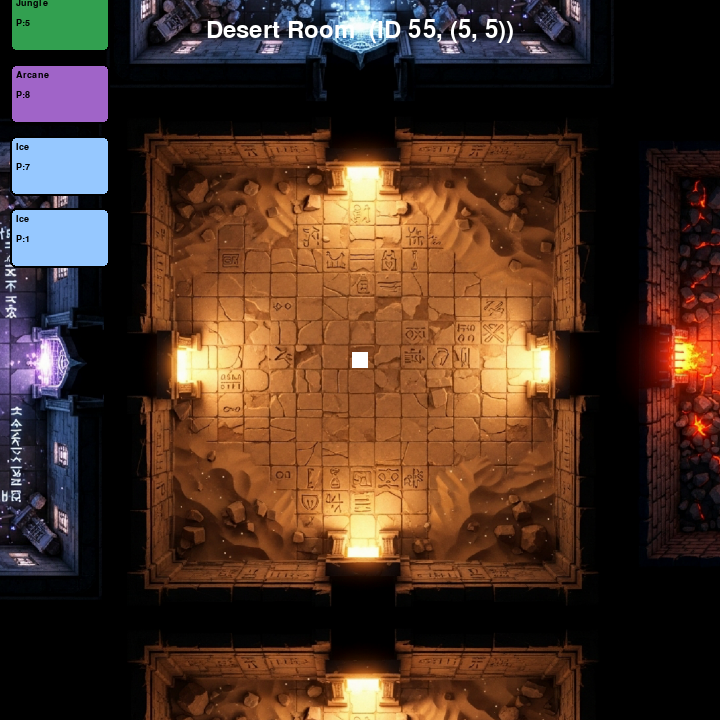
Repository: MehediMim/GateBound
Script's output: python main.py
These files come from the project's save history. The script's output is drawn as it stood at one moment and after a run of saves; the edit follows.
The window is shown after at most 60 frames with no key pressed. Random numbers start from a fixed seed. It also reads assets/bg_arcane.png, assets/bg_desert.png, assets/bg_ice.png, assets/bg_jungle.png, assets/bg_volcanic.png.

Above is the script's output before, as saved 2026-01-26 18:35:13.

### main.py
import pygame
import sys
import random

# =========================
# CONFIG
# =========================
SCREEN = 720
ROOM_ORIGINAL = 1024
ROOM_SCALE = 0.5
ROOM_DRAW = int(ROOM_ORIGINAL * ROOM_SCALE)  # 512
FPS = 60
PLAYER_SPEED = 5
DEBUG = False

GRID_W = 10
GRID_H = 10

# =========================
# CARD CONFIG
# =========================
CARD_TYPES = ["Jungle", "Desert", "Ice", "Volcanic", "Arcane"]
CARD_MIN_POWER = 1
CARD_MAX_POWER = 9
MAX_CARDS = 5



# =========================
# INIT
# =========================
pygame.init()
screen = pygame.display.set_mode((SCREEN, SCREEN))
pygame.display.set_caption("Tower Puzzle — Rooms (10x10)")
clock = pygame.time.Clock()
font = pygame.font.SysFont(None, 36)
map_font = pygame.font.SysFont(None, 14)

# =========================
# ROOM TYPES + BG
# =========================
ROOM_TYPES = ["Jungle", "Desert", "Ice", "Volcanic", "Arcane"]

BG_RAW = {
    "Jungle": pygame.image.load("assets/bg_jungle.png").convert(),
    "Desert": pygame.image.load("assets/bg_desert.png").convert(),
    "Ice": pygame.image.load("assets/bg_ice.png").convert(),
    "Volcanic": pygame.image.load("assets/bg_volcanic.png").convert(),
    "Arcane": pygame.image.load("assets/bg_arcane.png").convert(),
}

BG = {k: pygame.transform.smoothscale(v, (ROOM_DRAW, ROOM_DRAW)) for k, v in BG_RAW.items()}

# =========================
# CENTER ROOM RECT (SCREEN SPACE)
# =========================
ROOM_RECT = pygame.Rect(
    SCREEN // 2 - ROOM_DRAW // 2,
    SCREEN // 2 - ROOM_DRAW // 2,
    ROOM_DRAW,
    ROOM_DRAW
)

# =========================
# LAYOUT
# =========================
SIDEBAR_W = 200
GAME_W = SCREEN - SIDEBAR_W
GAME_H = SCREEN


# Door hitboxes around the center room (screen space)
DOORS = {
    "top":    pygame.Rect(ROOM_RECT.centerx - 56, ROOM_RECT.top - 112, 112, 112),
    "bottom": pygame.Rect(ROOM_RECT.centerx - 56, ROOM_RECT.bottom,     112, 112),
    "left":   pygame.Rect(ROOM_RECT.left - 112,   ROOM_RECT.centery - 56, 112, 112),
    "right":  pygame.Rect(ROOM_RECT.right,        ROOM_RECT.centery - 56, 112, 112),
}

# Allow player to reach doors
WALK_RECT = ROOM_RECT.copy()
for r in DOORS.values():
    WALK_RECT.union_ip(r)

SPAWN = ROOM_RECT.center

# =========================
# FIXED 10x10 WORLD (PERSISTENT)
# =========================
rooms = {}

def room_id(x, y):
    return y * GRID_W + x

def id_to_xy(rid):
    return (rid % GRID_W, rid // GRID_W)

def create_world():
    for y in range(GRID_H):
        for x in range(GRID_W):
            rid = room_id(x, y)

            links = {}
            if y > 0:              links["top"] = room_id(x, y - 1)
            if y < GRID_H - 1:     links["bottom"] = room_id(x, y + 1)
            if x > 0:              links["left"] = room_id(x - 1, y)
            if x < GRID_W - 1:     links["right"] = room_id(x + 1, y)

            rooms[rid] = {
                "id": rid,
                "pos": (x, y),
                "type": random.choice(ROOM_TYPES),  # random ONCE
                "links": links
            }

create_world()
current = room_id(GRID_W // 2, GRID_H // 2)

# =========================
# PLAYER
# =========================
player = pygame.Rect(0, 0, 16, 16)
player.center = SPAWN




# =========================
# CARDS
# =========================
cards = []

def create_random_card():
    return {
        "type": random.choice(CARD_TYPES),
        "power": random.randint(CARD_MIN_POWER, CARD_MAX_POWER)
    }

def init_cards():
    cards.clear()
    for _ in range(MAX_CARDS):
        cards.append(create_random_card())



def print_cards():
    print("---- CARDS ----")
    for i, c in enumerate(cards):
        print(f"{i}: {c['type']} ({c['power']})")
    print("---------------")

init_cards()
print_cards()
print("CARDS AT START:", cards)




# =========================
# MOVEMENT + ROOM CHANGE
# =========================
def move(dx, dy):
    player.x += dx
    player.y += dy
    player.clamp_ip(WALK_RECT)

def print_room_list():
    print("====== ROOM LIST (10x10) ======")
    for rid in range(GRID_W * GRID_H):
        print(f"Room {rid:02d} @ {rooms[rid]['pos']}: {rooms[rid]['type']}")
    print("===============================")

def change_room(direction):
    global current
    if direction in rooms[current]["links"]:
        current = rooms[current]["links"][direction]
        player.center = SPAWN

        r = rooms[current]
        print("---- ROOM CHANGE ----")
        print("Current:", current, "Grid:", r["pos"], "Type:", r["type"])
        for k in ("top", "left", "right", "bottom"):
            print(f"  {k} ->", r["links"].get(k))
        print("---------------------")

def handle_doors():
    for direction, rect in DOORS.items():
        if player.colliderect(rect):
            change_room(direction)
            break

# =========================
# DEBUG DRAW
# =========================
def draw_debug():
    pygame.draw.rect(screen, (0, 255, 0), ROOM_RECT, 2)
    pygame.draw.rect(screen, (255, 255, 0), WALK_RECT, 2)
    for name, r in DOORS.items():
        pygame.draw.rect(screen, (255, 0, 0), r, 2)
        t = map_font.render(name, True, (255, 0, 0))
        screen.blit(t, (r.x + 5, r.y + 5))
    pygame.draw.rect(screen, (0, 150, 255), player, 2)

def draw_debug_info():
    y = 60
    line_h = 20
    room = rooms[current]

    def line(text):
        nonlocal y
        screen.blit(font.render(text, True, (255, 255, 0)), (10, y))
        y += line_h

    line(f"Room ID: {current}  Grid: {room['pos']}  Type: {room['type']}")
    line(f"Top: {room['links'].get('top')}")
    line(f"Left: {room['links'].get('left')}")
    line(f"Right: {room['links'].get('right')}")
    line(f"Bottom: {room['links'].get('bottom')}")

# =========================
# MINIMAP (CROSS: MAX 5 EACH SIDE)
# =========================
def draw_minimap():
    panel_size = 200
    panel_x = SCREEN - panel_size - 10
    panel_y = 10

    node = 16
    gap = 4
    step = node + gap

    center_x = panel_x + panel_size // 2 - node // 2
    center_y = panel_y + panel_size // 2 - node // 2

    pygame.draw.rect(screen, (20, 20, 20), (panel_x, panel_y, panel_size, panel_size))
    pygame.draw.rect(screen, (200, 200, 200), (panel_x, panel_y, panel_size, panel_size), 2)

    # center
    pygame.draw.rect(screen, (0, 200, 255), (center_x, center_y, node, node))
    screen.blit(map_font.render(str(current), True, (0, 0, 0)), (center_x + 3, center_y + 2))

    for d, (dx, dy) in {
        "top": (0, -1),
        "bottom": (0, 1),
        "left": (-1, 0),
        "right": (1, 0),
    }.items():
        rid = current
        cx, cy = center_x, center_y

        for _ in range(5):
            nxt = rooms[rid]["links"].get(d)
            if nxt is None:
                break

            cx += dx * step
            cy += dy * step

            pygame.draw.line(
                screen, (120, 120, 120),
                (cx + node // 2 - dx * step, cy + node // 2 - dy * step),
                (cx + node // 2, cy + node // 2),
                2
            )

            pygame.draw.rect(screen, (170, 170, 170), (cx, cy, node, node))
            screen.blit(map_font.render(str(nxt), True, (0, 0, 0)), (cx + 3, cy + 2))

            rid = nxt

def draw_cards():
    x = 10
    y = 80 // 2 - 120
    w = 100
    h = 60
    gap = 12

    for i, c in enumerate(cards):
        color = {
            "Jungle": (50, 160, 80),
            "Desert": (200, 180, 80),
            "Ice": (150, 200, 255),
            "Volcanic": (200, 80, 60),
            "Arcane": (160, 100, 200)
        }[c["type"]]

        rect = pygame.Rect(x, y + i * (h + gap), w, h)
        pygame.draw.rect(screen, color, rect, border_radius=6)
        pygame.draw.rect(screen, (0, 0, 0), rect, 2, border_radius=6)

        t1 = map_font.render(c["type"], True, (0, 0, 0))
        t2 = map_font.render(f"P:{c['power']}", True, (0, 0, 0))

        screen.blit(t1, (rect.x + 6, rect.y + 6))
        screen.blit(t2, (rect.x + 6, rect.y + 26))


# =========================
# LOOP
# =========================
while True:
    clock.tick(FPS)

    for e in pygame.event.get():
        if e.type == pygame.QUIT:
            pygame.quit()
            sys.exit()
        if e.type == pygame.KEYDOWN:
            if e.key == pygame.K_p:   # print whole list on demand
                print_room_list()

    k = pygame.key.get_pressed()
    dx = dy = 0
    if k[pygame.K_a] or k[pygame.K_LEFT]:
        dx -= PLAYER_SPEED
    if k[pygame.K_d] or k[pygame.K_RIGHT]:
        dx += PLAYER_SPEED
    if k[pygame.K_w] or k[pygame.K_UP]:
        dy -= PLAYER_SPEED
    if k[pygame.K_s] or k[pygame.K_DOWN]:
        dy += PLAYER_SPEED

    move(dx, dy)
    handle_doors()

    # =====================
    # DRAW (HALF PREVIEWS)
    # =====================
    screen.fill((0, 0, 0))

    room = rooms[current]
    cx, cy = ROOM_RECT.topleft
    w = h = ROOM_DRAW
    half = w // 2

    # Center room (full)
    screen.blit(BG[room["type"]], (cx, cy))

    # Top room (show bottom half)
    top_id = room["links"].get("top")
    if top_id is not None:
        top_room = rooms[top_id]
        top_img = BG[top_room["type"]].subsurface(pygame.Rect(0, half, w, half))
        screen.blit(top_img, (cx, cy - half))

    # Bottom room (show top half)
    bottom_id = room["links"].get("bottom")
    if bottom_id is not None:
        bottom_room = rooms[bottom_id]
        bottom_img = BG[bottom_room["type"]].subsurface(pygame.Rect(0, 0, w, half))
        screen.blit(bottom_img, (cx, cy + w))

    # Left room (show right half)
    left_id = room["links"].get("left")
    if left_id is not None:
        left_room = rooms[left_id]
        left_img = BG[left_room["type"]].subsurface(pygame.Rect(half, 0, half, h))
        screen.blit(left_img, (cx - half, cy))

    # Right room (show left half)
    right_id = room["links"].get("right")
    if right_id is not None:
        right_room = rooms[right_id]
        right_img = BG[right_room["type"]].subsurface(pygame.Rect(0, 0, half, h))
        screen.blit(right_img, (cx + w, cy))

    # Player
    pygame.draw.rect(screen, (255, 255, 255), player)

    # Label
    label = font.render(f"{room['type']} Room  (ID {current}, {room['pos']})", True, (255, 255, 255))
    screen.blit(label, (SCREEN // 2 - label.get_width() // 2, 18))

    if DEBUG:
        draw_debug()
        draw_debug_info()
        draw_minimap()

    draw_cards()

    pygame.display.flip()

After the next 2 saves:
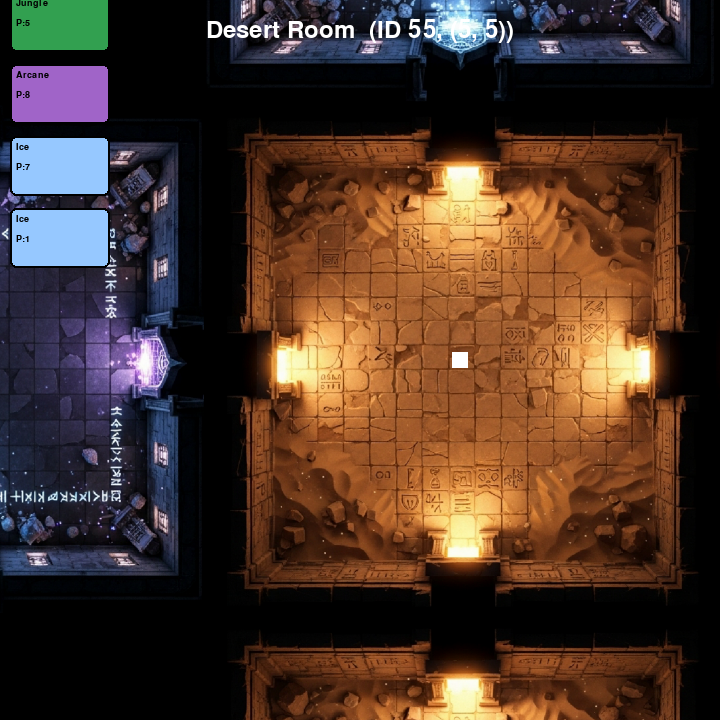
The 2 saves are shown as one change because 1 did not build or start.
The last was saved 32 s later.
--- a/main.py
+++ b/main.py
@@ -52,21 +52,22 @@ BG_RAW = {
 BG = {k: pygame.transform.smoothscale(v, (ROOM_DRAW, ROOM_DRAW)) for k, v in BG_RAW.items()}
 
 # =========================
+# LAYOUT
+# =========================
+SIDEBAR_W = 200
+GAME_W = SCREEN - SIDEBAR_W
+GAME_H = SCREEN
+
+# =========================
 # CENTER ROOM RECT (SCREEN SPACE)
 # =========================
 ROOM_RECT = pygame.Rect(
-    SCREEN // 2 - ROOM_DRAW // 2,
-    SCREEN // 2 - ROOM_DRAW // 2,
+    SIDEBAR_W + (GAME_W - ROOM_DRAW) // 2,
+    (GAME_H - ROOM_DRAW) // 2,
     ROOM_DRAW,
     ROOM_DRAW
 )
 
-# =========================
-# LAYOUT
-# =========================
-SIDEBAR_W = 200
-GAME_W = SCREEN - SIDEBAR_W
-GAME_H = SCREEN
 
 
 # Door hitboxes around the center room (screen space)
